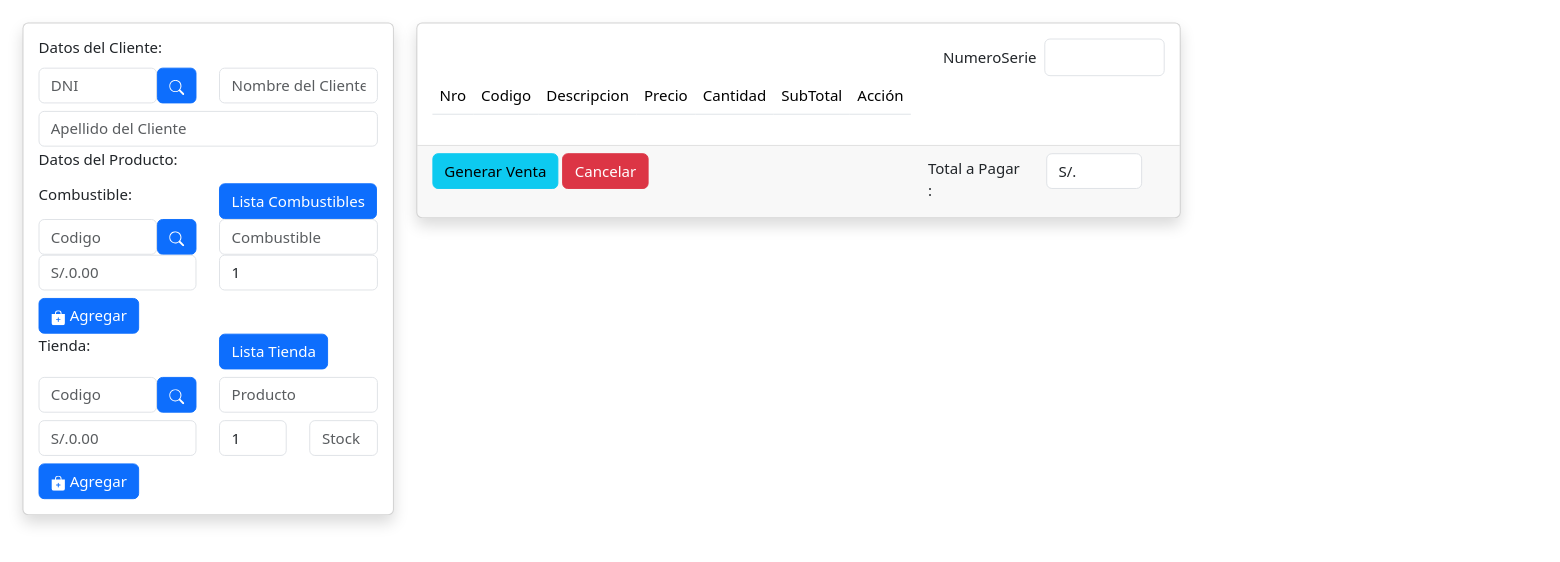
Repository: alexpool1122/evaluaciones
Page: http://localhost/Centenario2023/Ventas.jsp
These files come from the project's save history. The page is drawn as it stood at one moment and after the next save; the edit follows.
The browser window is 1280 px wide. The page is 1280 px wide, then 1660 px, so the pictures cover 1660 px, including what lies to the right of the window. The pictures show the whole page, at 94% of full size.
The page is served by Tomcat 10. Other server files are loaded and not shown. The template is opened directly, without the code that normally fills it, so the values that code supplies are empty.

Above is the page before, as saved 2023-06-30 13:38:26.

### ProyectoFinal/Proyecto/Centenario2023/src/main/webapp/Ventas.jsp
<%@page import="Mantenimientos.GestionEmpleado"%>
<%@page import="Servlets.ValidarServlet"%>
<%@page import="Entidad.Empleado"%>
<%@page import="java.sql.ResultSet"%>
<%@page import="java.sql.PreparedStatement"%>
<%@page import="java.sql.DriverManager"%>
<%@page import="java.sql.Connection"%>
<%@page import="Entidad.Combustible"%>
<%@page import="java.awt.event.ItemEvent"%>
<%@page import="org.apache.tomcat.util.descriptor.tld.TldRuleSet.Variable"%>
<%@page import="org.eclipse.jdt.internal.compiler.ast.ForeachStatement"%>
<%@page import="org.apache.jasper.tagplugins.jstl.core.ForEach"%>
<%@page import="Entidad.Venta"%>
<%@page import="java.util.List"%>
<%@ page language="java" contentType="text/html; charset=ISO-8859-1"
    pageEncoding="ISO-8859-1"%>
<!DOCTYPE html>
<html>
<head>
    <meta charset="utf-8">
    <meta name="viewport" content="width=device-width, initial-scale=1">
    <title>Ventas</title>
    <link href="https://cdn.jsdelivr.net/npm/bootstrap@5.3.0-alpha3/dist/css/bootstrap.min.css" rel="stylesheet" integrity="sha384-KK94CHFLLe+nY2dmCWGMq91rCGa5gtU4mk92HdvYe+M/SXH301p5ILy+dN9+nJOZ" crossorigin="anonymous">
    <style>
    	@media print{
    		.tarjetaDatos, .btn, .accion{
    			display: none;
    		}
    	}
    </style>
</head>
<body>
	<%
		Class.forName("com.mysql.jdbc.Driver");
		String url = "jdbc:mysql://localhost:3306/BDCentenario23";
		String usuario = "root";
		String clave = "mysql";
		String sql ;
		Connection cn = DriverManager.getConnection(url,usuario,clave) ;
		PreparedStatement pstm ;
		ResultSet rs ;
	%>
	<div class="m-4">
		<div class="row">
			<div class="col-4 tarjetaDatos">
				<div class="card shadow">
					<div class="card-body">
						<form action="Controlador?menu=Venta" method="post">
							<div class="form-group row mb-1">
								<h6>Datos del Cliente:</h6>
							</div>
							<div class="form-group row mb-1">
								<div class="col-6 d-flex">
									<input type="text" class="form-control" name="txtDniCliente"id="codCliente" placeholder="DNI" value="${cliente.getDniCliente() }">
									<button type="submit" class="btn btn-primary" value="BuscarCliente" name="accion" id="buscarCliente">
										<svg xmlns="http://www.w3.org/2000/svg" width="16" height="16" fill="currentColor" class="bi bi-search" viewBox="0 0 16 16">
										  <path d="M11.742 10.344a6.5 6.5 0 1 0-1.397 1.398h-.001c.03.04.062.078.098.115l3.85 3.85a1 1 0 0 0 1.415-1.414l-3.85-3.85a1.007 1.007 0 0 0-.115-.1zM12 6.5a5.5 5.5 0 1 1-11 0 5.5 5.5 0 0 1 11 0z"/>
										</svg>
									</button>
								</div>
								<div class="col-6">
										<input type="text" class="form-control" name="txtCliente" value="${cliente.getNomCliente()}" id="nomCliente" placeholder="Nombre del Cliente">
									</div>
								<div class=" mt-2">
									<input type="text" class="form-control" name="txtCliente" value="${cliente.getApeCliente()}" id="nomCliente" placeholder="Apellido del Cliente">
								</div>
							</div>
							<div class="form-group row mb-2">
								<h6>Datos del Producto:</h6>
							</div>
							<div class="form-group row">
								<div class="col-6">
									<label>Combustible:</label>
								</div>
								<div class="col-6">
									<!-- Button trigger modal -->
									<button type="button" class="btn btn-primary" data-bs-toggle="modal" data-bs-target="#exampleModal">
									  Lista Combustibles
									</button>

									<!-- Modal -->
									<div class="modal fade" id="exampleModal" tabindex="-1" aria-labelledby="exampleModalLabel" aria-hidden="true">
									  <div class="modal-dialog">
									    <div class="modal-content">
									      <div class="modal-header">
									        <h1 class="modal-title fs-5" id="exampleModalLabel">Lista de los Combustibles</h1>
									        <button type="button" class="btn-close" data-bs-dismiss="modal" aria-label="Close"></button>
									      </div>
									      <div class="modal-body">
									        <table class="table">
												<tr>
													<td>Codigo</td>
													<td>Producto</td>
													<td>Capacidad</td>
													<td>Precio</td>
													<td>Estado</td>
												</tr>
												<%
													sql = "select * from productoCombustible";
													pstm = cn.prepareStatement(sql);
													rs = pstm.executeQuery();
													while(rs.next()){
												%>
												<tr>
														<td><%= rs.getString(1) %></td>
														<td><%= rs.getString(2) %></td>
														<td><%= rs.getDouble(3) %></td>
														<td><%= rs.getDouble(4) %></td>
														<td><%= rs.getString(5) %></td>
												</tr>
												<%} %>
											</table>
									      </div>
									      <div class="modal-footer">
									        <button type="button" class="btn btn-danger" data-bs-dismiss="modal">Cerrar</button>
									      </div>
									    </div>
									  </div>
									</div>
								</div>
							</div>
							<div class="form-group row">
								<div class="col-6 d-flex">
									<input type="text" class="form-control" name="txtCodigo" placeholder="Codigo" value="${combustible.getCodProdComb() }">
									<button type="submit" class="btn btn-primary" value="BuscarCombustible" name="accion" id="buscarCombustible">
										<svg xmlns="http://www.w3.org/2000/svg" width="16" height="16" fill="currentColor" class="bi bi-search" viewBox="0 0 16 16">
										  <path d="M11.742 10.344a6.5 6.5 0 1 0-1.397 1.398h-.001c.03.04.062.078.098.115l3.85 3.85a1 1 0 0 0 1.415-1.414l-3.85-3.85a1.007 1.007 0 0 0-.115-.1zM12 6.5a5.5 5.5 0 1 1-11 0 5.5 5.5 0 0 1 11 0z"/>
										</svg>
									</button>
								</div>
								<div class="col-6">
									<input type="text" class="form-control" name="txtCombustible" placeholder="Combustible" value="${combustible.getNomComb()}">
								</div>
							</div>
							<div class="form-group row mb-2">
								<div class="col-6">
									<input type="text" class="form-control" name="txtPrecio" id="precio" placeholder="S/.0.00" value="${combustible.getPrecio()}">
								</div>
								<div class="col-6">
									<input type="number" class="form-control" name="txtCantidad" id="cantidad" placeholder="Cantidad" value="1"  title="Ingrese un número decimal válido">
								</div>
							</div>
							<div>
								<button type="submit" class="btn btn-primary" value="AgregarCombustible" name="accion" id="agregar">
									<svg xmlns="http://www.w3.org/2000/svg" width="16" height="16" fill="currentColor" class="bi bi-bag-plus-fill" viewBox="0 0 16 16">
									  <path fill-rule="evenodd" d="M10.5 3.5a2.5 2.5 0 0 0-5 0V4h5v-.5zm1 0V4H15v10a2 2 0 0 1-2 2H3a2 2 0 0 1-2-2V4h3.5v-.5a3.5 3.5 0 1 1 7 0zM8.5 8a.5.5 0 0 0-1 0v1.5H6a.5.5 0 0 0 0 1h1.5V12a.5.5 0 0 0 1 0v-1.5H10a.5.5 0 0 0 0-1H8.5V8z"/>
									</svg>
									 Agregar
								</button>
							</div>
							<div class="form-group row mb-2">
								<div class="col-6">
									<label>Tienda:</label>
								</div>
								<div class="col-6">
									<button type="button" class="btn btn-primary" data-bs-toggle="modal" data-bs-target="#listaTienda">
									  Lista Tienda
									</button>
									<!-- Modal -->
									<div class="modal fade" id="listaTienda" tabindex="-1" aria-labelledby="exampleModalLabel" aria-hidden="true">
									  <div class="modal-dialog">
									    <div class="modal-content">
									      <div class="modal-header">
									        <h1 class="modal-title fs-5" id="exampleModalLabel">Lista de los Productos</h1>
									        <button type="button" class="btn-close" data-bs-dismiss="modal" aria-label="Close"></button>
									      </div>
									      <div class="modal-body">
									        <table class="table">
												<tr>
													<td>Codigo</td>
													<td>Producto</td>
													<td>Precio</td>
													<td>Stock</td>
												</tr>
												<%
													sql = "select * from productoTienda";
													pstm = cn.prepareStatement(sql);
													rs = pstm.executeQuery();
													while(rs.next()){
												%>
												<tr>
														<td><%= rs.getString(1) %></td>
														<td><%= rs.getString(2) %></td>
														<td><%= rs.getDouble(5) %></td>
														<td><%= rs.getInt(6) %></td>
												</tr>
												<%} %>
											</table>
									      </div>
									      <div class="modal-footer">
									        <button type="button" class="btn btn-danger" data-bs-dismiss="modal">Cerrar</button>
									      </div>
									    </div>
									  </div>
									</div>
								</div>
							</div>
							<div class="form-group row mb-2">
								<div class="col-6 d-flex">
									<input type="text" class="form-control" name="txtCodPro" id="codProducto" placeholder="Codigo" value="${producto.getCodProdTie()}">
									<button type="submit" class="btn btn-primary" value="BuscarProducto" name="accion" id="buscarProducto">
										<svg xmlns="http://www.w3.org/2000/svg" width="16" height="16" fill="currentColor" class="bi bi-search" viewBox="0 0 16 16">
										  <path d="M11.742 10.344a6.5 6.5 0 1 0-1.397 1.398h-.001c.03.04.062.078.098.115l3.85 3.85a1 1 0 0 0 1.415-1.414l-3.85-3.85a1.007 1.007 0 0 0-.115-.1zM12 6.5a5.5 5.5 0 1 1-11 0 5.5 5.5 0 0 1 11 0z"/>
										</svg>
									</button>
								</div>
								<div class="col-6">
									<input type="text" class="form-control" name="txtProducto" id="nomProducto" placeholder="Producto" value="${producto.getNomProdTie()}">
								</div>
							</div>
							<div class="form-group row mb-2">
								<div class="col-6">
									<input type="text" class="form-control" name="txtPrecioProducto" id="precio" placeholder="S/.0.00" value="${producto.getPrecio()}">
								</div>
								<div class="col-3">
									<input type="number" class="form-control" name="txtCantidadProducto" id="cantidad" placeholder="Cant" value="1">
								</div>
								<div class="col-3">
									<input type="text" class="form-control" name="txtStock" id="stockProducto" placeholder="Stock" value="${producto.getStock()}">
								</div>
							</div>
							<div>
								<button type="submit" class="btn btn-primary" value="AgregarProducto" name="accion" id="agregar">
									<svg xmlns="http://www.w3.org/2000/svg" width="16" height="16" fill="currentColor" class="bi bi-bag-plus-fill" viewBox="0 0 16 16">
									  <path fill-rule="evenodd" d="M10.5 3.5a2.5 2.5 0 0 0-5 0V4h5v-.5zm1 0V4H15v10a2 2 0 0 1-2 2H3a2 2 0 0 1-2-2V4h3.5v-.5a3.5 3.5 0 1 1 7 0zM8.5 8a.5.5 0 0 0-1 0v1.5H6a.5.5 0 0 0 0 1h1.5V12a.5.5 0 0 0 1 0v-1.5H10a.5.5 0 0 0 0-1H8.5V8z"/>
									</svg>
									 Agregar
								</button>
							</div>
						</form>
					</div>
				</div>
			</div>
			<div class="col-8">
				<div class="card shadow">
					<div class="card-body">
						<div class="row">
							<div class="col-8"></div>
							<div class="col-4 d-flex">
								<label class="m-2">NumeroSerie</label>
								<input type="text" class="form-control" value="${nSerie}">
							</div>
						</div>
						<table class="table" style="width: 500px">
							<tr class="text-center">
								<td>Nro</td>
								<td>Codigo</td>
								<td>Descripcion</td>
								<td>Precio</td>
								<td>Cantidad</td>
								<td>SubTotal</td>
								<td class="accion">Acción</td>
							</tr>
							<%
								List<Venta> listaVenta = (List<Venta>) request.getAttribute("ListaVenta");
								if(listaVenta != null){
									for(Venta venta:listaVenta){
							%>
							<tr class="text-center">
								<td><%= venta.getItem() %></td>
								<td><%= venta.getCodProdTie() != null ? venta.getCodProdTie() : venta.getCodProdComb() %></td>
								<td><%= venta.getDescripcion() %></td>
								<td><%= venta.getPrecio() %></td>
								<td><%= venta.getCantidad() %></td>
								<td><%= venta.getSubTotal() %></td>
								<td class="text-center">
									<a href="Controlador?menu=Venta&accion=QuitarProducto&item=<%=venta.getItem() %>" class="btn btn-danger">
										<svg xmlns="http://www.w3.org/2000/svg" width="16" height="16" fill="currentColor" class="bi bi-trash" viewBox="0 0 16 16">
										  <path d="M5.5 5.5A.5.5 0 0 1 6 6v6a.5.5 0 0 1-1 0V6a.5.5 0 0 1 .5-.5Zm2.5 0a.5.5 0 0 1 .5.5v6a.5.5 0 0 1-1 0V6a.5.5 0 0 1 .5-.5Zm3 .5a.5.5 0 0 0-1 0v6a.5.5 0 0 0 1 0V6Z"/>
										  <path d="M14.5 3a1 1 0 0 1-1 1H13v9a2 2 0 0 1-2 2H5a2 2 0 0 1-2-2V4h-.5a1 1 0 0 1-1-1V2a1 1 0 0 1 1-1H6a1 1 0 0 1 1-1h2a1 1 0 0 1 1 1h3.5a1 1 0 0 1 1 1v1ZM4.118 4 4 4.059V13a1 1 0 0 0 1 1h6a1 1 0 0 0 1-1V4.059L11.882 4H4.118ZM2.5 3h11V2h-11v1Z"/>
										</svg>
									</a>
								</td>
							</tr>
							<%		}
								}%>

								<%
								List<Venta> listaVentaC = (List<Venta>) request.getAttribute("ListaVentaC");
								if(listaVentaC != null){
									for(Venta ventaC:listaVentaC){
							%>
							<tr class="text-center">
								<td><%= ventaC.getItem() %></td>
								<td><%= ventaC.getCodProdComb() != null ? ventaC.getCodProdComb() : ventaC.getCodProdTie() %></td>
								<td><%= ventaC.getDescripcion() %></td>
								<td><%= ventaC.getPrecio() %></td>
								<td><%= ventaC.getCantidad() %></td>
								<td><%= ventaC.getSubTotal() %></td>
								<td class="text-center">
									<a href="Controlador?menu=Venta&accion=QuitarProducto" class="btn btn-danger">
										<svg xmlns="http://www.w3.org/2000/svg" width="16" height="16" fill="currentColor" class="bi bi-trash" viewBox="0 0 16 16">
										  <path d="M5.5 5.5A.5.5 0 0 1 6 6v6a.5.5 0 0 1-1 0V6a.5.5 0 0 1 .5-.5Zm2.5 0a.5.5 0 0 1 .5.5v6a.5.5 0 0 1-1 0V6a.5.5 0 0 1 .5-.5Zm3 .5a.5.5 0 0 0-1 0v6a.5.5 0 0 0 1 0V6Z"/>
										  <path d="M14.5 3a1 1 0 0 1-1 1H13v9a2 2 0 0 1-2 2H5a2 2 0 0 1-2-2V4h-.5a1 1 0 0 1-1-1V2a1 1 0 0 1 1-1H6a1 1 0 0 1 1-1h2a1 1 0 0 1 1 1h3.5a1 1 0 0 1 1 1v1ZM4.118 4 4 4.059V13a1 1 0 0 0 1 1h6a1 1 0 0 0 1-1V4.059L11.882 4H4.118ZM2.5 3h11V2h-11v1Z"/>
										</svg>
									</a>
								</td>
							</tr>
							<%		}
								}%>
						</table>
					</div>
					<div class="card-footer">
						<div class="row">
							<div class="col-6">
								<a href="Controlador?menu=Venta&accion=GenerarVenta" onclick="print()" class="btn btn-info">Generar Venta</a>
								<a href="Controlador?menu=Venta&accion=CancelarVenta" class="btn btn-danger" >Cancelar</a>
							</div>
							<div class="col-6 row">
								<div class="col-4"></div>
								<div class="col-4 d-flex">
									<label class="form-label w-100 mt-1">Total a Pagar :</label>
								</div>
								<div class="col-4">
									<input type="text" class="form-control" value="S/. ${TotalPagar}">
								</div>
							</div>
						</div>
					</div>
				</div>
			</div>
		</div>
	</div>
	<script src="https://cdn.jsdelivr.net/npm/bootstrap@5.3.0-alpha3/dist/js/bootstrap.bundle.min.js" integrity="sha384-ENjdO4Dr2bkBIFxQpeoTz1HIcje39Wm4jDKdf19U8gI4ddQ3GYNS7NTKfAdVQSZe" crossorigin="anonymous"></script>
</body>
</html>

After the next save:
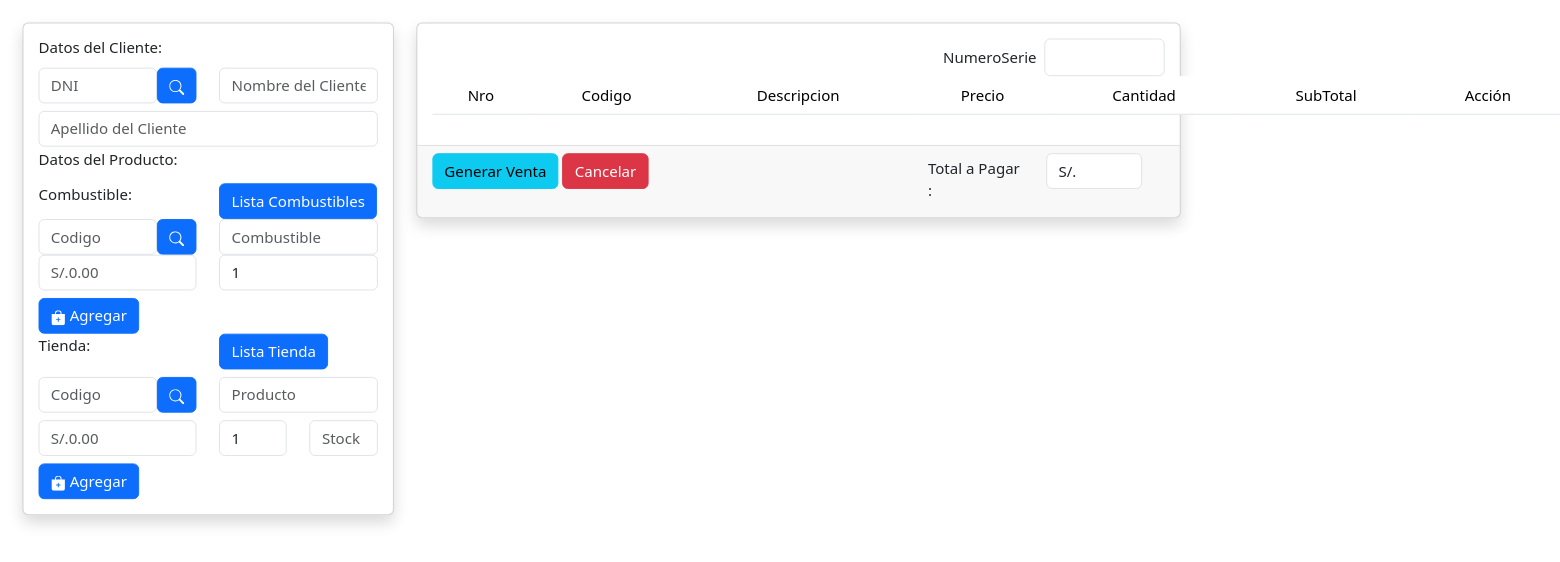
Saved 17 s later.
--- a/ProyectoFinal/Proyecto/Centenario2023/src/main/webapp/Ventas.jsp
+++ b/ProyectoFinal/Proyecto/Centenario2023/src/main/webapp/Ventas.jsp
@@ -241,7 +241,7 @@
 								<input type="text" class="form-control" value="${nSerie}">
 							</div>
 						</div>
-						<table class="table" style="width: 500px">
+						<table class="table" style="width: 1200px">
 							<tr class="text-center">
 								<td>Nro</td>
 								<td>Codigo</td>
